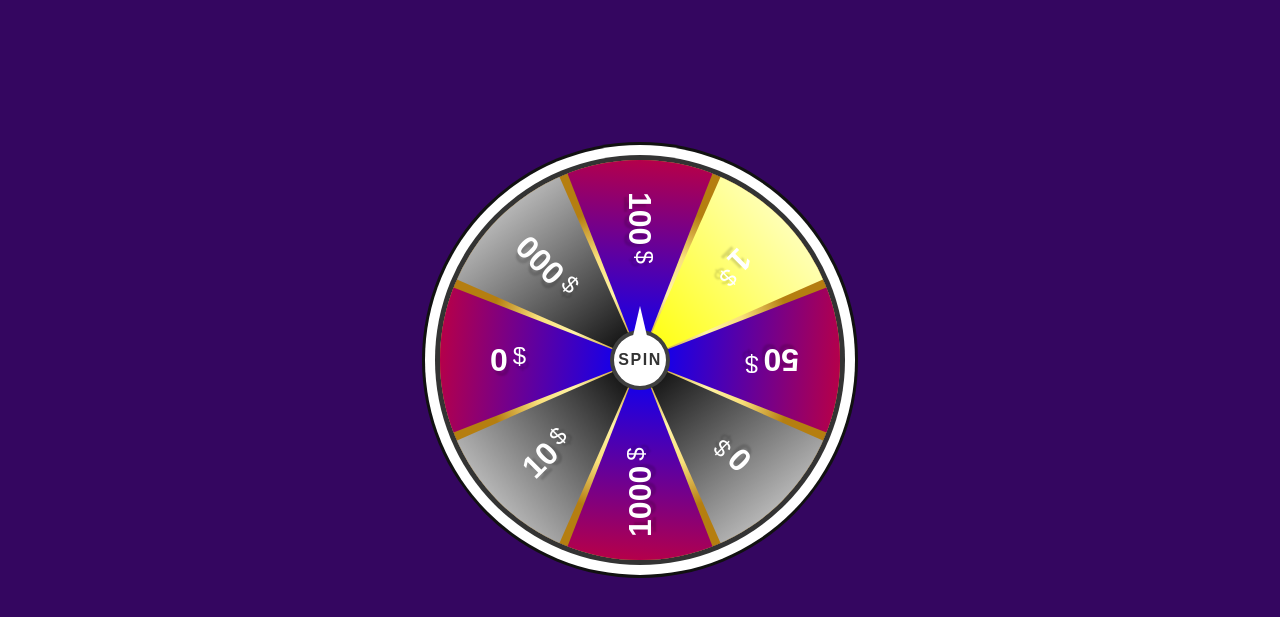
Repository: Jacques-Jaki-Morkel/FundedMarketplace_WheelofFortune
Page: index.html
An editor plug-in stored every save of this project. The page is shown before and after the next save, followed by the edit.
The browser window is 1280 px wide. The pictures show the whole page.

Above is the page before, as saved 2025-08-14 12:30:22.

After the next save:
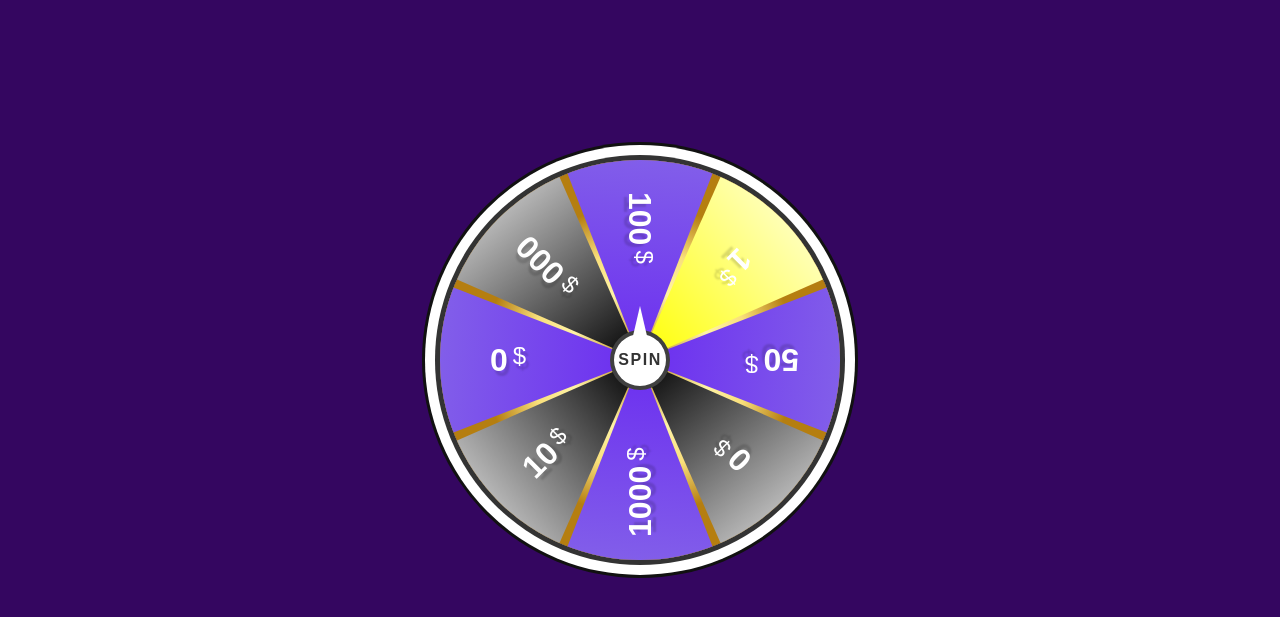
Saved 4 min 5 s later.
--- a/styles.css
+++ b/styles.css
@@ -69,7 +69,7 @@ body {
     position: absolute;
     width: 50%;
     height: 50%;
-    background: var(--clr1, var(--clr2, linear-gradient(var(--angle), #ff0000, #0000ff)));
+    background: var(--clr1, var(--clr2, linear-gradient(var(--angle), #8b72e7, #6b2df0)));
     --angle: 140deg;
     transform-origin: bottom right;
     transform: rotate(calc(45deg * var(--i)));
